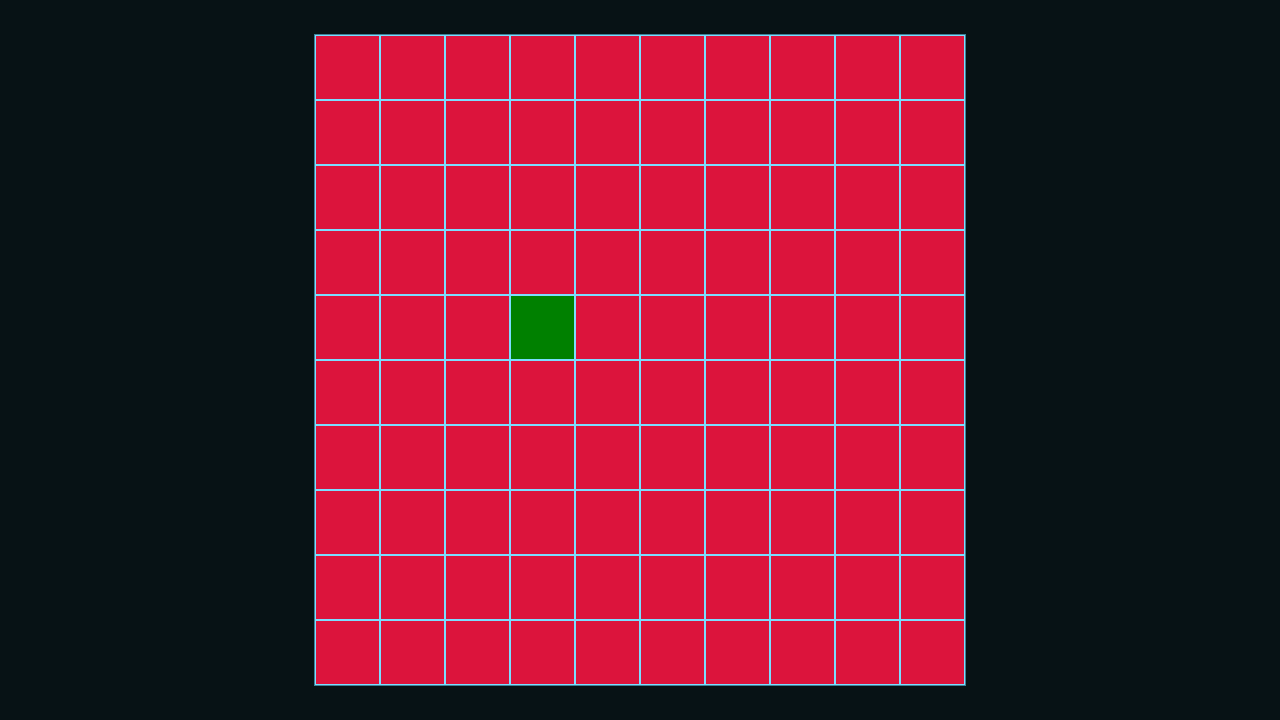
Repository: rehans-Life/linkedlist-snake-game
Page: /
The author's editor kept a copy of each file at every save. The page is drawn from the files as they stood at one save, then again after the next save.
The browser window is 1280 px wide. The pictures show the whole page.
The project was rebuilt for these pictures with package versions that can differ from the ones it lists, and the page was loaded fresh each time. The framework's server and built-in components were replaced by stand-ins that run in the browser. Also part of the build but not shown: next.config.js.

Above is the page before, as saved 2023-04-15 12:28:48.

### pages/index.js
import Head from "next/head";
import styles from "../styles/Home.module.css";
import Board from "../components/Board";

export default function Home() {
  return (
    <div className={styles.container}>
      <Head>
        <title>Linked List Snake Game</title>
        <meta name="description" content="linked list snake game" />
        <link rel="icon" href="/favicon.ico" />
      </Head>
      <Board />
    </div>
  );
}

### styles/globals.css
html,
body {
  padding: 0;
  margin: 0;
  font-family: -apple-system, BlinkMacSystemFont, Segoe UI, Roboto, Oxygen,
    Ubuntu, Cantarell, Fira Sans, Droid Sans, Helvetica Neue, sans-serif;
}

a {
  color: inherit;
  text-decoration: none;
}

* {
  box-sizing: border-box;
}

button {
  margin: 0;
  padding: 0;
}

### styles/Home.module.css
.container {
  background-color: rgb(7, 18, 21);
  height: 100vh;
  display: flex;
  align-items: center;
  justify-content: center;
}

.board {
  border: 1px solid rgb(62, 131, 154);
}

.row {
  display: flex;
  align-items: center;
  justify-content: center;
}

.cell {
  width: 65px;
  height: 65px;
  border: 1px solid rgb(123, 222, 255);
}

.snake_cell {
  background-color: green;
}

.food_cell {
  background-color: crimson;
}

### components/Board.jsx
import React, { useState } from "react";
import styles from "../styles/Home.module.css";
import { createBoard } from "../utils";

const BOARD_SIZE = 10;

// A Class to represent each node of the linked list
class Node {
  constructor(value) {
    this.value = value;
    this.next = null;
  }
}

// A class to represent the singly linked list
class SinglyLinkedList {
  constructor(value) {
    let node = new Node(value);
    this.head = node;
    this.tail = node;
  }
}

export default function Board() {
  const [board, setBoard] = useState(createBoard(10));

  // A set to store the values of all snake cells intially our snake will be of size
  // one cell and start from the 44th cells
  const [snakeCells, setSnakeCells] = useState(new Set([44]));

  // A linked list for our snake initally going to have only one node which
  // is at cell 44
  const [linkedlist, setLinkedList] = useState(new SinglyLinkedList(44));

  return (
    <div className={styles.board}>
      {board.map((row, index) => (
        <div key={index} className={styles.row}>
          {row.map((value, index) => (
            <div
              key={index}
              className={`${styles.cell} ${
                snakeCells.has(value) ? styles.snake_cell : styles.food_cell
              }`}
            ></div>
          ))}
        </div>
      ))}
    </div>
  );
}

### utils.js
const randomIntInIntervel = (max, min) => {
  return Math.floor(Math.random() * (max - min + 1)) + min;
};

export const createBoard = (board_size) => {
  // All the cells which have a certain value assigned to them
  let board = [];
  let counter = 1;
  for (let i = 0; i < board_size; i++) {
    let row = [];
    for (let j = 0; j < board_size; j++) row.push(counter++);
    board.push(row);
  }
  return board;
};

Loaded but not shown: pages/_app.js (common file)

After the next save:
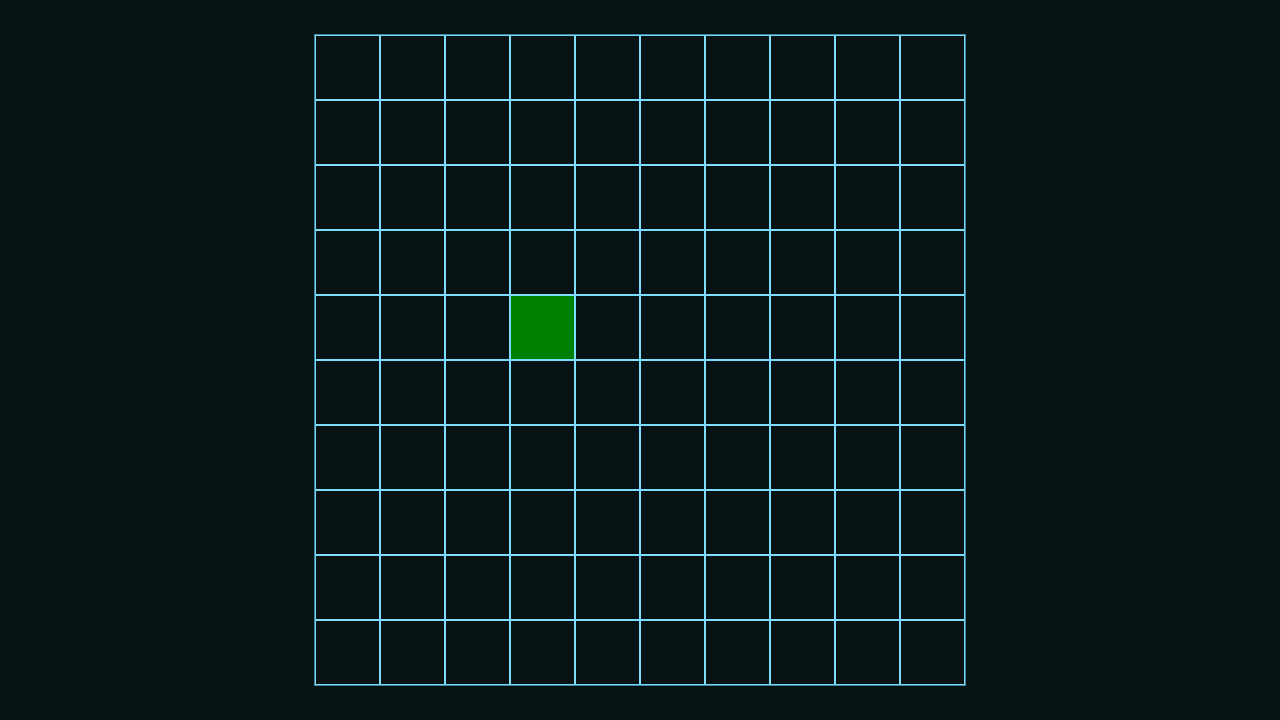
Saved 12 s later.
--- a/components/Board.jsx
+++ b/components/Board.jsx
@@ -40,7 +40,7 @@ export default function Board() {
             <div
               key={index}
               className={`${styles.cell} ${
-                snakeCells.has(value) ? styles.snake_cell : styles.food_cell
+                snakeCells.has(value) ? styles.snake_cell : ""
               }`}
             ></div>
           ))}
